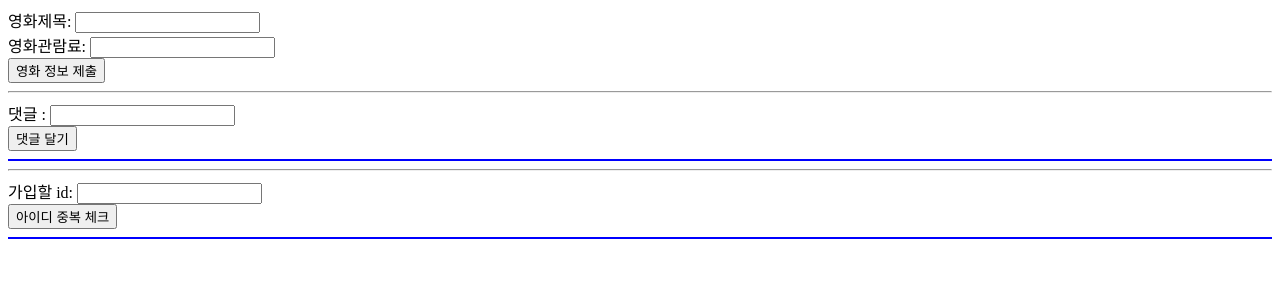
Repository: syshin0116/Himedia
Page: http://localhost/spring05/ajax4.jsp
An editor plug-in stored every save of this project. The page is shown before and after the next save, followed by the edit.
The browser window is 1280 px wide. The pictures show the whole page.
The page is served by Tomcat 9.

Above is the page before, as saved 2022-02-18 05:26:06.

After the next save:
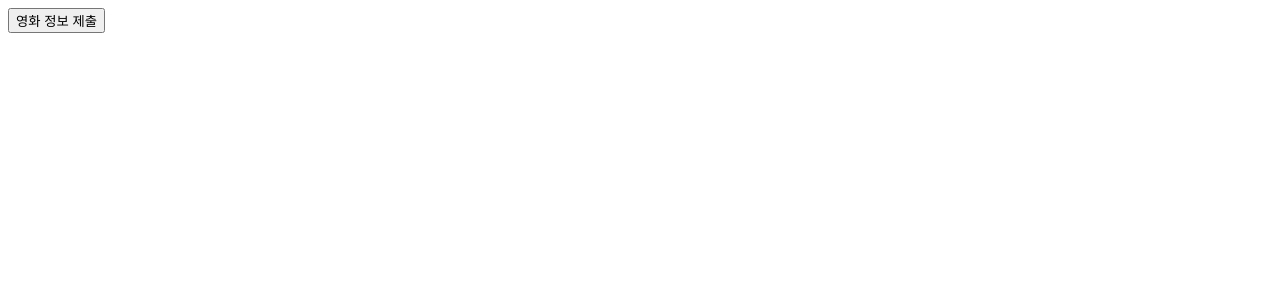
Saved 82 min 56 s later.
--- a/Java/-0218-master/spring05/src/main/webapp/ajax4.jsp
+++ b/Java/-0218-master/spring05/src/main/webapp/ajax4.jsp
@@ -7,77 +7,26 @@
 <title>Insert title here</title>
 <script type="text/javascript" src="resources/js/jquery-3.6.0.min.js"></script>
 <script type="text/javascript">
-$(function() { //dom(document object model) tree)
-	//body dom tree로 ram에 읽어들인 후,
-	//function을 실행하라. 익명함수
-	//var a = 100
-	//let a = 100
-	//table-tr-td
-	//   body -- 주소 :  table : 주소-- tr
+$(function() {
 	$('#b1').click(function() {
-		//JSON(JavaScript Object Notaion, 제이슨 {}를 사용)
 		$.ajax({
-			url: "movie",
-			data: {
-				title : $('#title').val(),
-				price : $('#price').val()
-			},
+			url: "https://www.chosun.com/arc/outboundfeeds/rss/?outputType=xml",
 			success: function(result) {
-				alert(result)
-				$('#d2').html(result)
+				alert('신문사 연결 성공')
 			},
 			error: function() {
 				alert('ajax 실패.@@')
 			}
 		})//ajax
 	})//b1
-	$('#b2').click(function() {
-		$.ajax({
-			url: "reply",
-			data: {
-				reply : $('#reply').val()
-			},
-			success: function(result) {
-				alert(result)
-				$('#d1').append("<img src='resources/img/smiley.png' style=height='100px', width='100px' >")
-				$('#d1').append(result + "<br>")
-			},
-			error: function() {
-				alert('ajax 실패.@@')
-			}
-		})//ajax
-	})//b3
-	$('#b3').click(function() {
-		$.ajax({
-			url: "reply",
-			data: {
-				user : $('#reply').val()
-			},
-			success: function(result) {
-				alert(result)
-				$('#d2').html(result)
-			},
-			error: function() {
-				alert('ajax 실패.@@')
-			}
-		})//ajax
-	})//b3
+
 })//$
 </script>
 </head>
 <body>
-	영화제목: <input type="text" name="title" id="title"><br>
-	영화관람료: <input type="text" name="price" id="price"><br>
+
 	<button id="b1">영화 정보 제출</button>
-<hr>
-	댓글 : <input type="text" name="reply" id="reply"><br>
-	<button id="b2">댓글 달기</button>
-<hr color="blue">
-<div id="d1"></div>
-<hr>
-	가입할 id: <input type="text" name="user" id="user"><br>
-	<button id="b3">아이디 중복 체크</button>
-<hr color="blue">
-<div id="d2"></div>
+	<div id="d1"></div>
+
 </body>
 </html>
